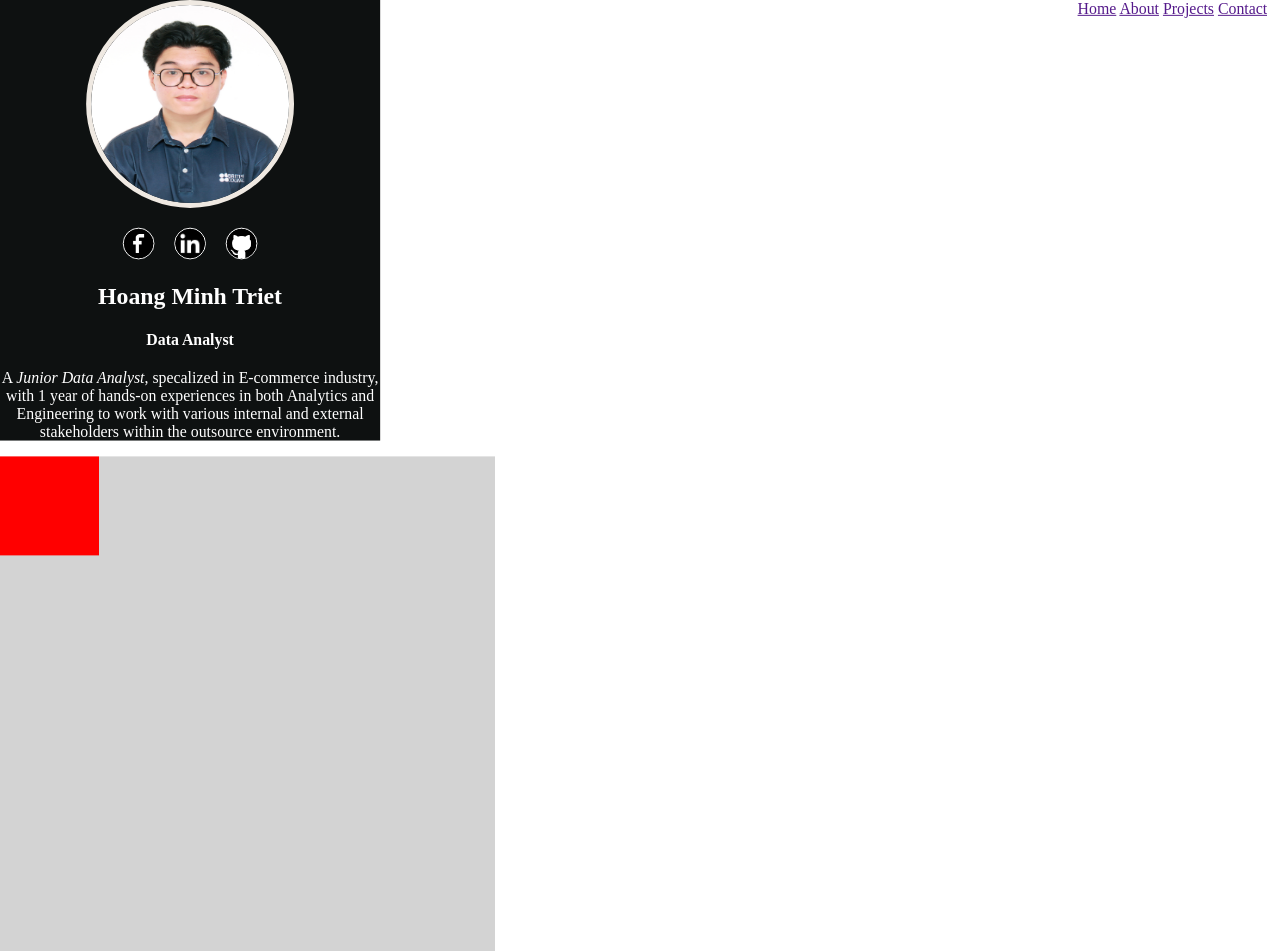
Repository: MinnTrit/personal_website
Page: http://localhost/
The author's editor kept a copy of each file at every save. The page is drawn from the files as they stood at one save, then again after the next save.
The browser window is 1280 px wide. The pictures show the whole page, at 99% of full size.
The page is served by the project's application, run on Flask 3 (app.py).

Above is the page before, as saved 2025-01-29 11:43:12.

### templates/index.html
<!DOCTYPE html>
<html lang="en">
<head>
    <meta charset="UTF-8">
    <meta name="viewport" content="width=device-width, initial-scale=1.0">
    <link rel="stylesheet" href="{{ url_for('static', filename='css/styles.css') }}">
    <title>Data Engineer - Hoang Minh Triet</title>
</head>
<body>
    <header>
        <nav class="navbar">
            <a href="">Home</a>
            <a href="">About</a>
            <a href="">Projects</a>
            <a href="">Contact</a>
        </nav>
    </header>
    <main>
        <div class="picture">
            <img src="{{ url_for('static', filename='imgs/personal_image.jpg') }}" alt="personalImage">
            <div class="information">
                <a href="https://www.facebook.com/minhtriet05042003/" target="_blank">
                    <img class="facebook" src="{{ url_for('static', filename='imgs/facebook.jpg') }}" alt="facebook">
                </a>
                <a href="https://www.linkedin.com/in/minchit0504/" target="_blank">
                    <img class="linkedin" src="{{ url_for('static', filename='imgs/linkedin-logo.png') }}" alt="linkedin">
                </a>
                <a href="https://www.linkedin.com/in/minchit0504/" target="_blank">
                    <img class="github" src="{{ url_for('static', filename='imgs/github.png') }}" alt="github">
                </a>
            </div>
            <div class="pictureText">
                <h2>Hoang Minh Triet</h2>
                <h4>Data Analyst</h4>
                <p>A <em>Junior Data Analyst</em>, specalized in E-commerce industry, with 1 year of hands-on experiences in both Analytics and Engineering to work with various internal and external stakeholders within the outsource environment.</p>
            </div>
        </div>

        <div class="container">
            <div class="absolute-box"></div>
        </div>

    </main>
</body>
</html>

### app.py
from flask import Flask, request, render_template
app = Flask(__name__)
app.debug=True
#Initialize common variables
@app.route('/', methods=['GET', 'POST'])
def index():
    if request.method == 'GET':
        return render_template('index.html')

if __name__ == '__main__':
    app.run(host='0.0.0.0', port=5002, debug=True)

### static/css/styles.css
header {
    position: fixed;
    top: 0;
    right: 0;
}

html, body {
    height: 100%;
    margin: 0;
    color: white;
}

.picture {
    background-color:#0e1111;
    width: 30%;
    height: 100%;
}

.picture img {
    display: block;
    width: 200px;
    height: 200px;
    margin-left: auto;
    margin-right: auto;
    border-radius: 50%;
    border: 5px solid;
    border-color:#efe9e2;
}

.picture .pictureText {
    text-align: center;
    transform: translateY(100%);
    opacity: 0;
    animation: slideInFromBottom 1s ease-in-out forwards;
}

@keyframes slideInFromBottom {
    0% {
        transform: translateY(100%);
        opacity: 0;
    }
    100% {
        transform: translateY(0);
        opacity: 1;
    }
}


.sections {
    display: flex;
    justify-content: right;
    position: absolute;
    top: 0;
    right: 0;
    background-color:#3b444b;
    width: 70%;
    height: 100%;
    gap: 50px;
}

.sections .h2 {
    display: inline-block;
}

.information {
    margin-top: 20px;
    display: flex;
    justify-content: center;
    gap: 20px;
}

.information img {
    width: 30px;
    height: 30px;
    display: inline-block;
    border: 1px solid;
    border-color: white;
}

.information img:hover {
    opacity:1.0;
}

.container {
    position: relative; /* Be moved based on its higher parent */
    width: 500px;
    height: 500px;
    top: 0px;
    background: lightgray;
}

.absolute-box {
    position: absolute; /* Be moved based on the class container */
    top: 0px;
    left: 0px;
    width: 100px;
    height: 100px;
    background: red;
}

After the next save:
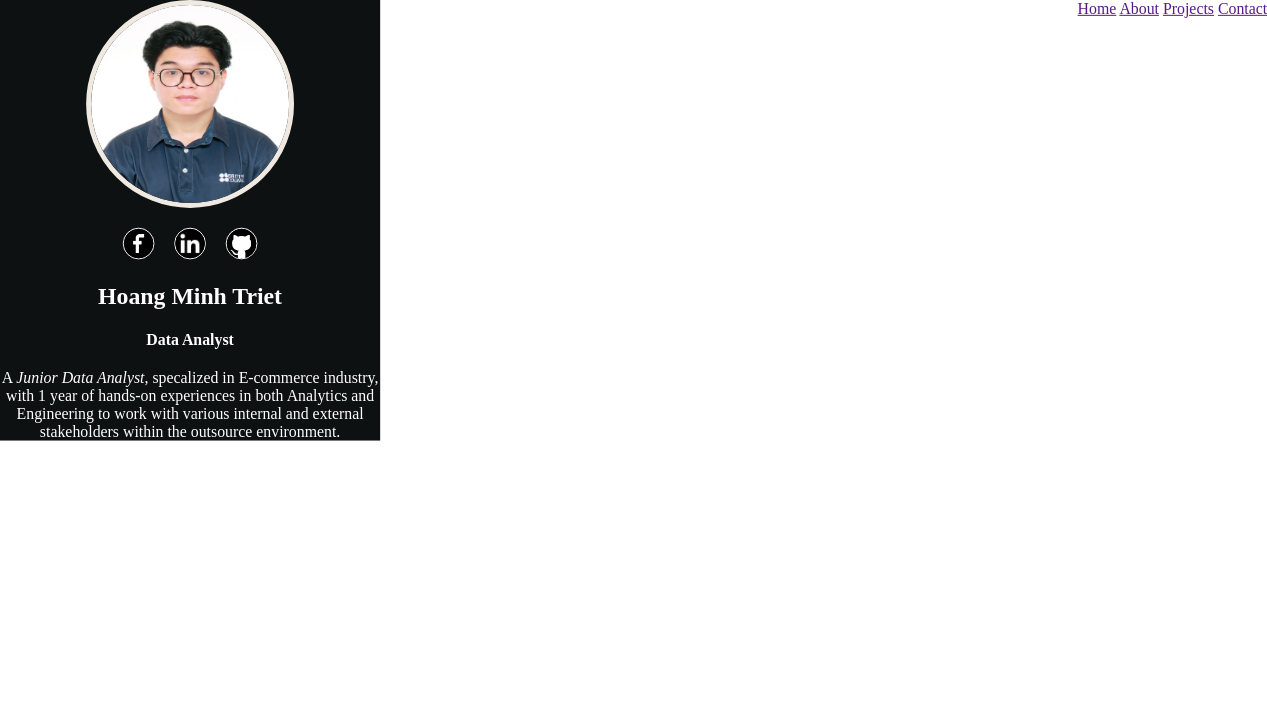
Saved 8 s later.
--- a/static/css/styles.css
+++ b/static/css/styles.css
@@ -80,20 +80,3 @@ html, body {
 .information img:hover {
     opacity:1.0;
 }
-
-.container {
-    position: relative; /* Be moved based on its higher parent */
-    width: 500px;
-    height: 500px;
-    top: 0px;
-    background: lightgray;
-}
-
-.absolute-box {
-    position: absolute; /* Be moved based on the class container */
-    top: 0px;
-    left: 0px;
-    width: 100px;
-    height: 100px;
-    background: red;
-}
